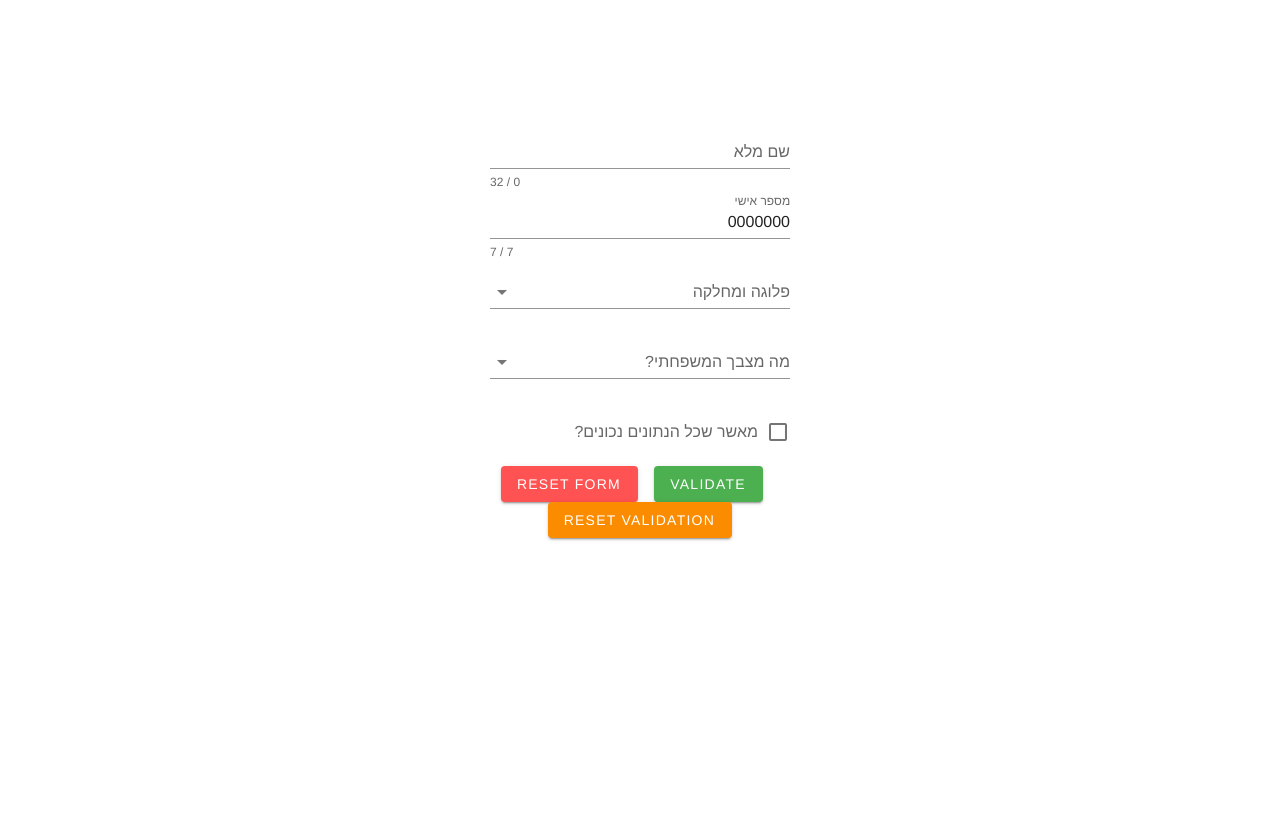
Repository: Natanhel/klitat-tash
Page: /
An editor plug-in stored every save of this project. The page is shown before and after the next save, followed by the edit.
The browser window is 1280 px wide. The pictures show the whole page.
The page's requests for data from a server got no answer. The project was rebuilt for these pictures with package versions that can differ from the ones it lists, and the page was loaded fresh each time. No one was signed in, and anything a server would have sent is missing. Also part of the build but not shown: vue.config.js.

Above is the page before, as saved 2020-12-01 17:04:50.

After the next save:
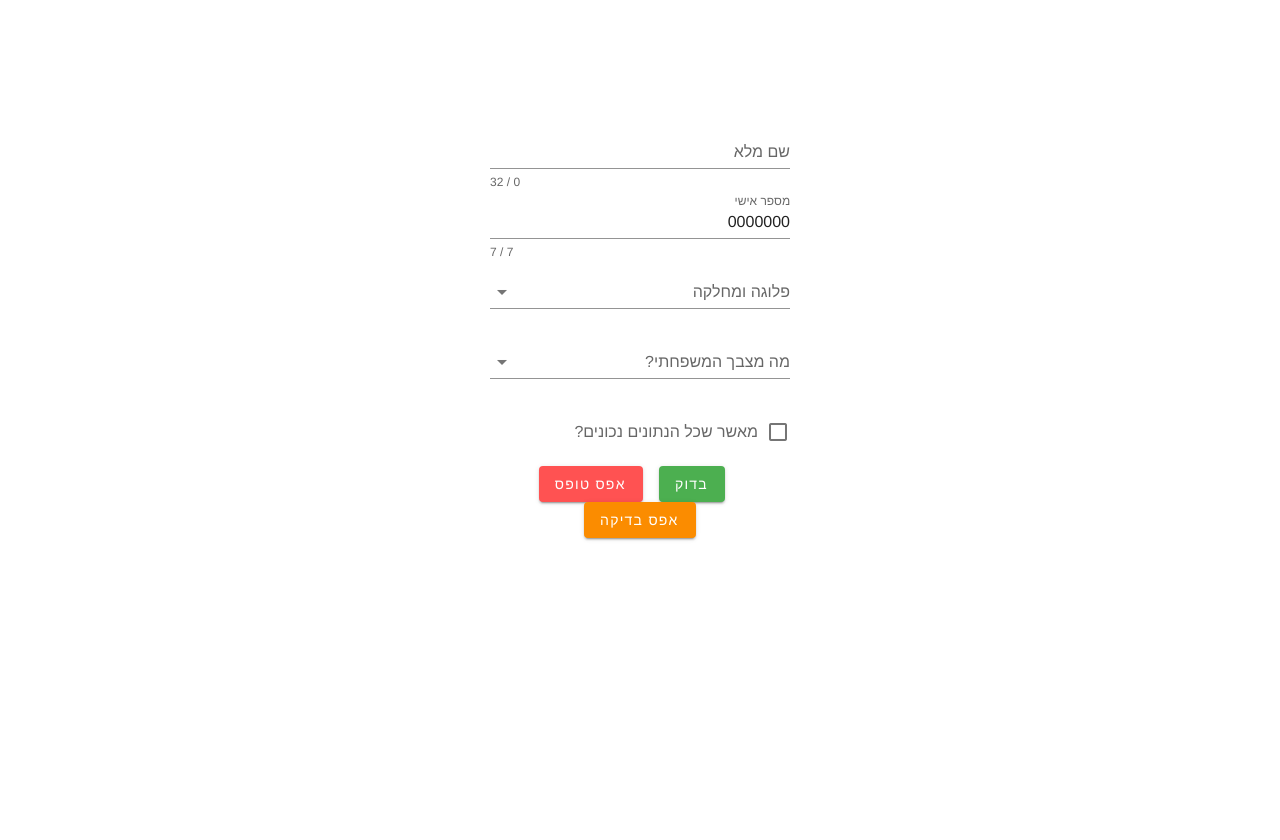
Saved 27 s later.
--- a/src/App.vue
+++ b/src/App.vue
@@ -51,7 +51,7 @@
           class="mr-4"
           @click="validate"
         >
-          Validate
+          בדוק
         </v-btn>
 
         <v-btn
@@ -59,14 +59,14 @@
           class="mr-4"
           @click="reset"
         >
-          Reset Form
+          אפס טופס
         </v-btn>
 
         <v-btn
           color="warning"
           @click="resetValidation"
         >
-          Reset Validation
+          אפס בדיקה
         </v-btn>
       </v-form>
     </v-app>
